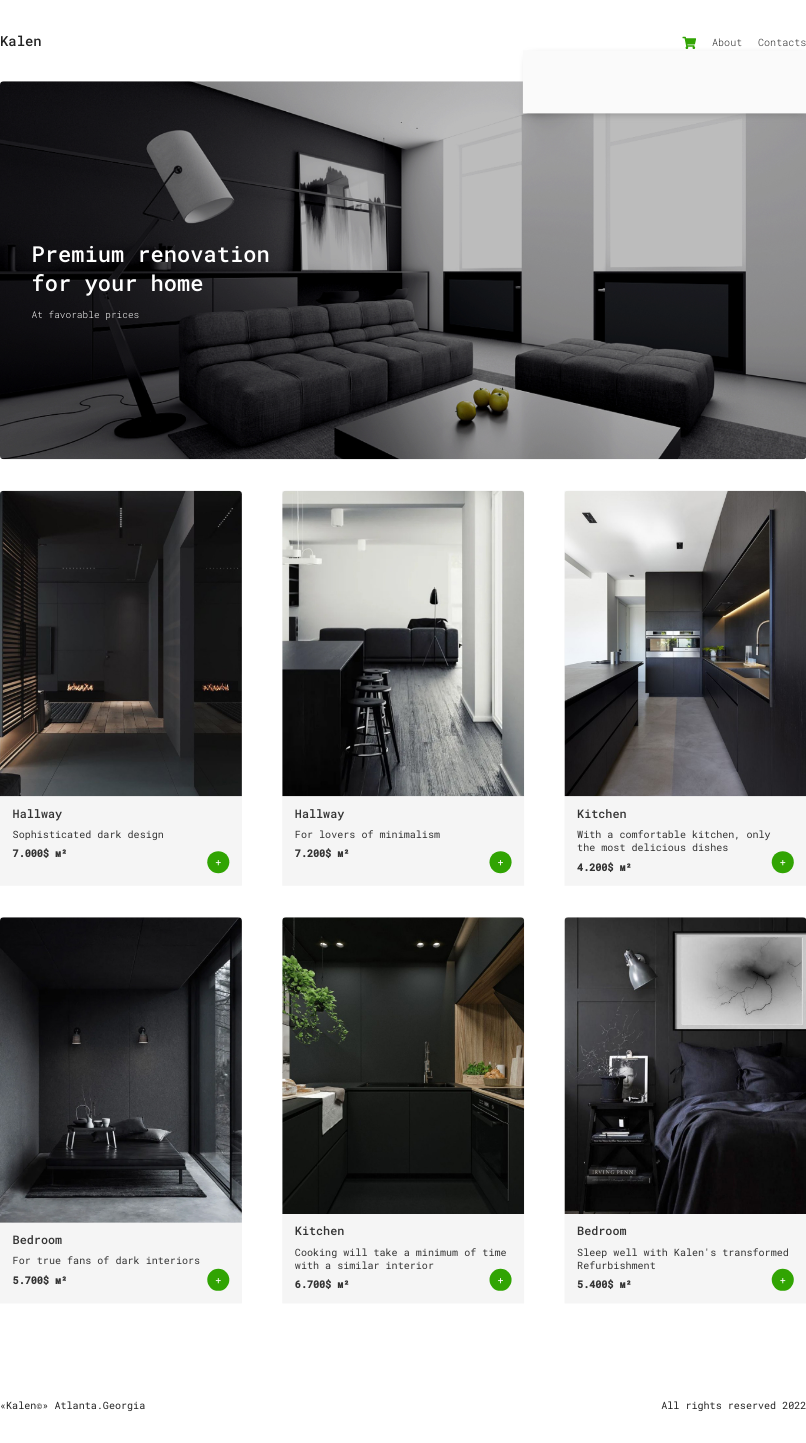
Repository: luckystar20206/e-commerce-react
Page: /, after clicking the first element matching `svg.header__shop`
The author's editor kept a copy of each file at every save. The page is drawn from the files as they stood at one save, then again after the next save.
The browser window is 1280 px wide. The pictures show the whole page, at 63% of full size.
The project was rebuilt for these pictures with package versions that can differ from the ones it lists, and the page was loaded fresh each time. Also part of the build but not shown: src/components/Order/Order.css, src/components/Order/Order.jsx.

Above is the page before, as saved 2022-11-30 18:37:48.

### public/index.html
<!DOCTYPE html>
<html lang="ru">
	<head>
    	<meta charset="utf-8" />
    	<link rel="shortcut icon" href="img/logo.svg" type="image/png">
    	<meta name="viewport" content="width=device-width, initial-scale=1" />
    	<title>Kalen | apartments</title>
		<meta name="keywords" content="Premium renovation for your apartments">
    	<meta name="discription" content="Kalen professionally transform your apartments, taking into account all the details of the repair.">
		<link rel="preconnect" href="https://fonts.googleapis.com">
		<link rel="preconnect" href="https://fonts.gstatic.com" crossorigin>
		<link href="https://fonts.googleapis.com/css2?family=Roboto+Mono:wght@300;400;500&display=swap" rel="stylesheet">
	</head>
	<body>
    	<noscript>You need to enable JavaScript to run this app.</noscript>

    	<div id="root"></div>

  	</body>
</html>

### src/index.css
* {
	margin: 0;
	padding: 0;
}

body {
	background: #fff;
	color: #222;
	font-family: 'Roboto Mono', monospace;
}

h3 {
	font-weight: 500;
}


.app {
	width: 1280px;
	margin: 50px auto;
}

### src/App.jsx
import React, { Component } from 'react';
import Header from './components/Header/Header.jsx'
import Footer from './components/Footer/Footer.jsx'
import Items from './components/Items/Items'

export default class App extends Component {
	constructor(props) {
		super(props)
		this.state = {
			orders: [],
			items: [
				{
					id: 1,
					title: 'Hallway',
					img: '1_img.jpg',
					desc: 'Sophisticated dark design',
					category: 'Hallway',
					price: '7.000$ м²'
				},
				{
					id: 2,
					title: 'Hallway',
					img: '2_img.jpg',
					desc: 'For lovers of minimalism',
					category: 'Hallway',
					price: '7.200$ м²'
				},
				{
					id: 3,
					title: 'Kitchen',
					img: '3_img.jpg',
					desc: 'With a comfortable kitchen, only the most delicious dishes',
					category: 'Kitchen',
					price: '4.200$ м²'
				},
				{
					id: 4,
					title: 'Bedroom',
					img: '4_img.jpg',
					desc: 'For true fans of dark interiors',
					category: 'Bedroom',
					price: '5.700$ м²'
				},
				{
					id: 5,
					title: 'Kitchen',
					img: '5_img.jpg',
					desc: 'Cooking will take a minimum of time with a similar interior',
					category: 'Kitchen',
					price: '6.700$ м²'
				},
				{
					id: 6,
					title: 'Bedroom',
					img: '6_img.jpg',
					desc: 'Sleep well with Kalen\'s transformed Refurbishment',
					category: 'Bedroom',
					price: '5.400$ м²'
				}
			]
		}
		this.addToOrder = this.addToOrder.bind(this)
	}

	addToOrder(item) {
		this.setState({ orders: [...this.state.orders, item] }, () => {

		})
	}

	render() {
		return (
			<div className='app'>
				<Header orders={this.state.orders}/>
				<Items items={this.state.items} onAdd={this.addToOrder}/>
				<Footer />
			</div>
		);
	}
}

### src/components/Header/Header.jsx
import React, { useState } from 'react'
import './Header.css'
import { FaShoppingCart } from "react-icons/fa";
import Order from '../Order/Order'

export default function Header(props) {
    let [cartOpen, setCartOpen] = useState(false)

    return (
        <header>
            <div className='header'>
                <span className="header__logo">Kalen</span>
                <ul className="header__nav">
                    <li>About</li>
                    <li>Contacts</li>
                </ul>
                <FaShoppingCart
                    onClick={() => setCartOpen(cartOpen = !cartOpen)}
                    className={`header__shop ${cartOpen && 'active'}`}
                />
                {cartOpen && (
                    <div className='header__shop-open'>
                        {props.orders.map(el => (
                            <Order key={el.id} item={el}/>
                        ))}
                    </div>
                )}
            </div>
            <div className='header__images'></div>
        </header>
    )
}

### src/components/Footer/Footer.jsx
import React from 'react'
import './footer.css'

export default function Footer() {
    return (
        <footer>
            <p>«Kalen&copy;» Atlanta.Georgia</p>
            <p>All rights reserved 2022</p>
        </footer>
    )
}

### src/components/Items/Items.jsx
import React, { Component } from 'react'
import './Items.css'
import Item from '../Item/Item'

export class Items extends Component {
	render() {
		return (
      		<main>
				{this.props.items.map(el => (
					<Item
						key={el.id}
						item={el}
						onAdd={this.props.onAdd}
					/>
				))}
			</main>
    	)
  	}
}

export default Items

### src/components/Header/Header.css
.header {
	position: relative;
	font-weight: 500;
	font-size: 22px;
}

.header__shop {
	margin-top: 7px;
	float: right;
	align-items: center;
	cursor: pointer;
	transition: 0.3s;
}

.header__shop:hover,
.header__shop.active {
	color: rgb(49, 164, 3)
}

.header__shop-open {
	position: absolute;
	top: 30px;
	right: 0;
	width: 450px;
	min-height: 100px;
	background: #fafafa;
	box-shadow: 4px 5px 15px -7px #606060;
	z-index: 1000;
}

.header__nav {
	float: right;
	list-style: none;
}

.header__nav li {
	display: inline;
	margin-left: 25px;
	cursor: pointer;
	font-size: 16px;
	font-weight: 300;
	transition: 0.3s;
}

.header__nav li:hover {
	opacity: 0.7;
}

.header__images {
	margin: 50px auto;
	background: url('/src/img/main_img.jpg') no-repeat;
	background-size: cover;
	background-position: center center;
	background-blend-mode: multiply;
	background-color: #bcbcbc;
	border-radius: 6px;
	width: 100%;
	height: 600px;
	position: relative;
}

.header__images::after {
	content: 'Premium renovation for your home';
	max-width: 400px;
	position: absolute;
	top: 250px;
	left: 50px;
	font-size: 35px;
	font-weight: 500;
	color: #fff
}

.header__images::before {
	content: 'At favorable prices';
	position: absolute;
	top: 360px;
	left: 50px;
	font-size: 15px;
	font-weight: 300;
	color: #fff
}

### src/components/Footer/footer.css
footer {
	display: flex;
	justify-content: space-between;
	align-items: center;
	margin-top: 100px;
}

### src/components/Items/Items.css
main {
    display: flex;
    width: 100%;
    flex-wrap: wrap;
    justify-content: space-between;
}

### src/components/Item/Item.jsx
import React, { Component } from 'react'
import './Item.css'

export class Item extends Component {
    render() {
        return (
            <div className='card'>
                <img src={'./img/' + this.props.item.img} alt="img" />
                <h3 className='card__title'>{this.props.item.title}</h3>
                <p className='card__desc'>{this.props.item.desc}</p>
                <b className='card__price'>{this.props.item.price}</b>
                <div
                    className='card__add'
                    onClick={() =>
                        this.props.onAdd(this.props.item)
                    }>
                        +
                </div>
            </div>
        )
    }
}

export default Item

### src/components/Item/Item.css
.card {
    width: 30%;
    margin-bottom: 50px;
    background: #f5f5f5;
    overflow: hidden;
    position: relative;
    padding-bottom: 20px;
}

.card img {
    width: 100%;
    border-radius: 6px 6px 0 0;
    transition: 0.6s;
    cursor: pointer;
}

.card img:hover {
    transform: scale(1.05);
}

.card__title ,
.card__desc,
.card__price {
    margin: 10px 20px;
    color: #333;
}

.card__add {
    position: absolute;
    right: 20px;
    bottom: 20px;
    background: rgb(49, 164, 3);
    width: 35px;
    height: 35px;
    text-align: center;
    line-height: 35px;
    color: #fff;
    border-radius: 50%;
    cursor: pointer;
    transition: 0.6s;
}

.card__add:hover {
    transform: scale(1.05) translateY(-5px);
}

Loaded but not shown: src/index.js (common file)

After the next save:
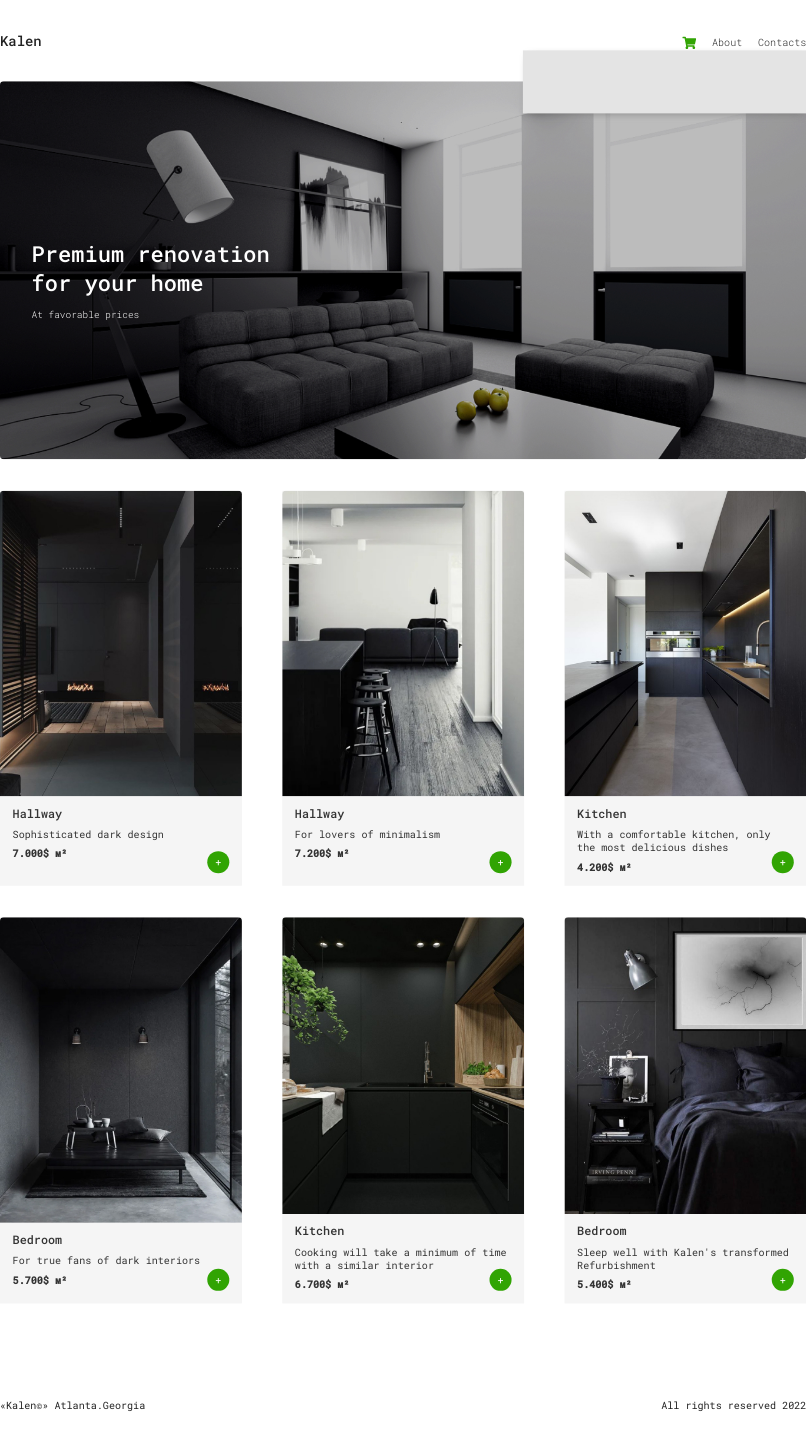
Saved 97 s later.
--- a/src/components/Header/Header.css
+++ b/src/components/Header/Header.css
@@ -23,7 +23,7 @@
 	right: 0;
 	width: 450px;
 	min-height: 100px;
-	background: #fafafa;
+	background: #e4e4e4;
 	box-shadow: 4px 5px 15px -7px #606060;
 	z-index: 1000;
 }
